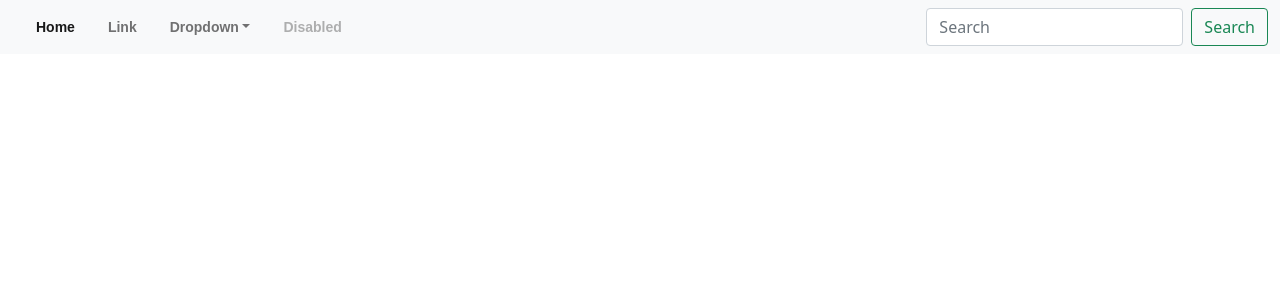
Repository: SaudCh/React-Ecommerce
Page: /login
The author's editor kept a copy of each file at every save. The page is drawn from the files as they stood at one save, then again after the next save.
The browser window is 1280 px wide. The pictures show the whole page.
The project was rebuilt for these pictures with package versions that can differ from the ones it lists, and the page was loaded fresh each time. Also part of the build but not shown: src/App.css.

Above is the page before, as saved 2021-12-05 11:46:00.

After the next save:
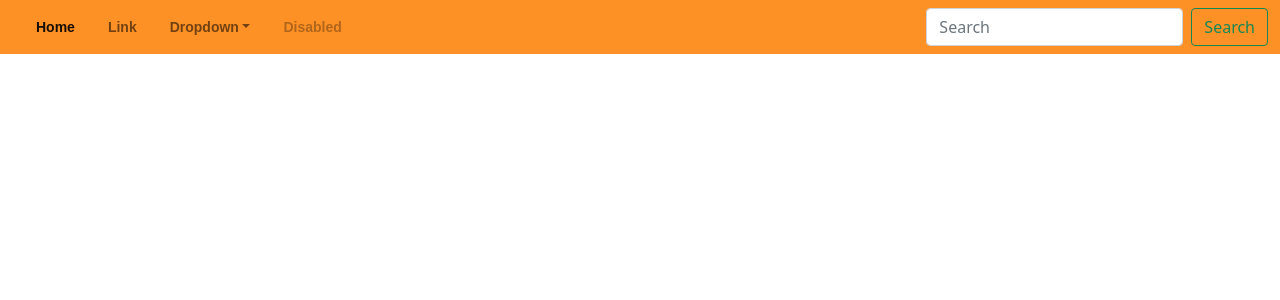
Saved 18 s later.
--- a/src/Header/Header.jsx
+++ b/src/Header/Header.jsx
@@ -5,7 +5,7 @@ import "./Header.css";
 export default function Header() {
   return (
     <nav
-      class="navbar navbar-expand-lg navbar-light bg-light"
+      class="navbar navbar-expand-lg navbar-light"
       style={{ backgroundColor: "#fe9126" }}
     >
       <div class="container-fluid">
